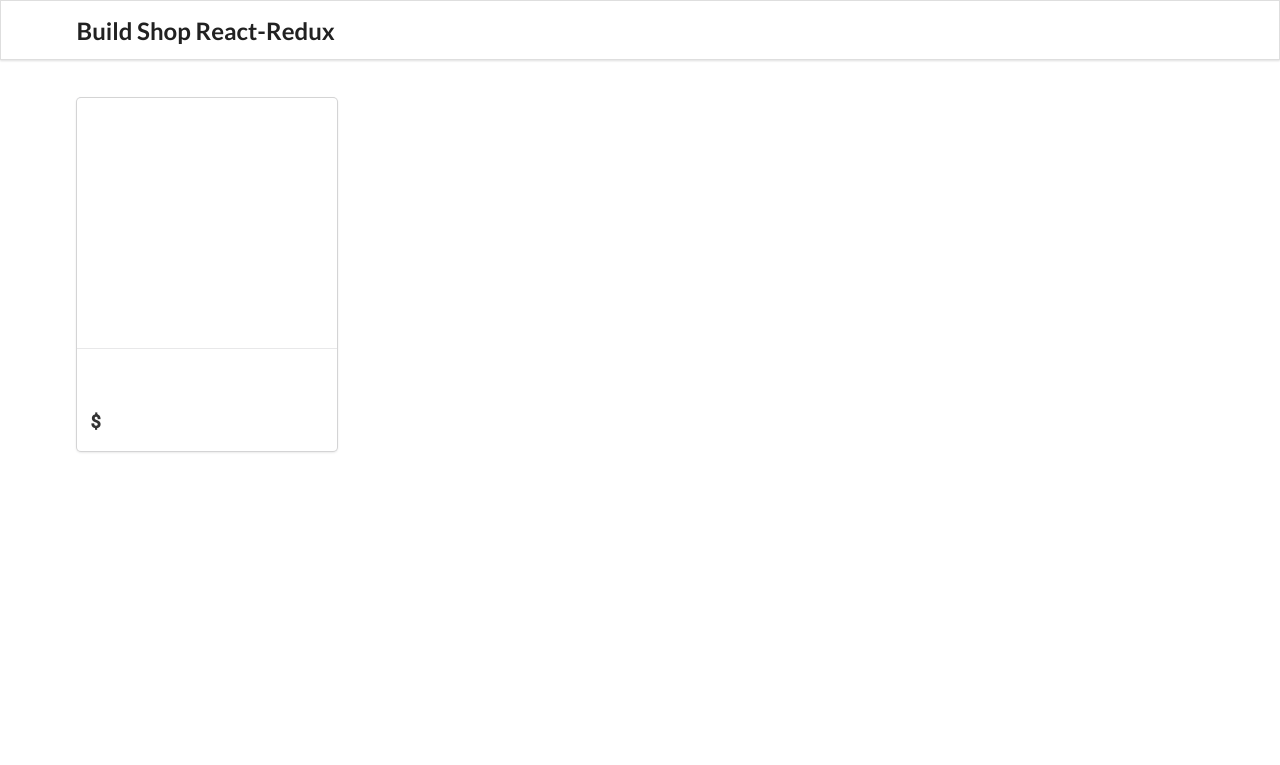
Repository: fdhhhdjd/React-Redux-Clothers-Calculate
Page: /
These files come from the project's save history. The page is drawn as it stood at one moment and after the next save; the edit follows.
The browser window is 1280 px wide. The pictures show the whole page.
The page's requests for data from a server got no answer. The project was rebuilt for these pictures with package versions that can differ from the ones it lists, and the page was loaded fresh each time. No one was signed in, and anything a server would have sent is missing.

Above is the page before, as saved 2021-11-03 15:22:06.

After the next save:
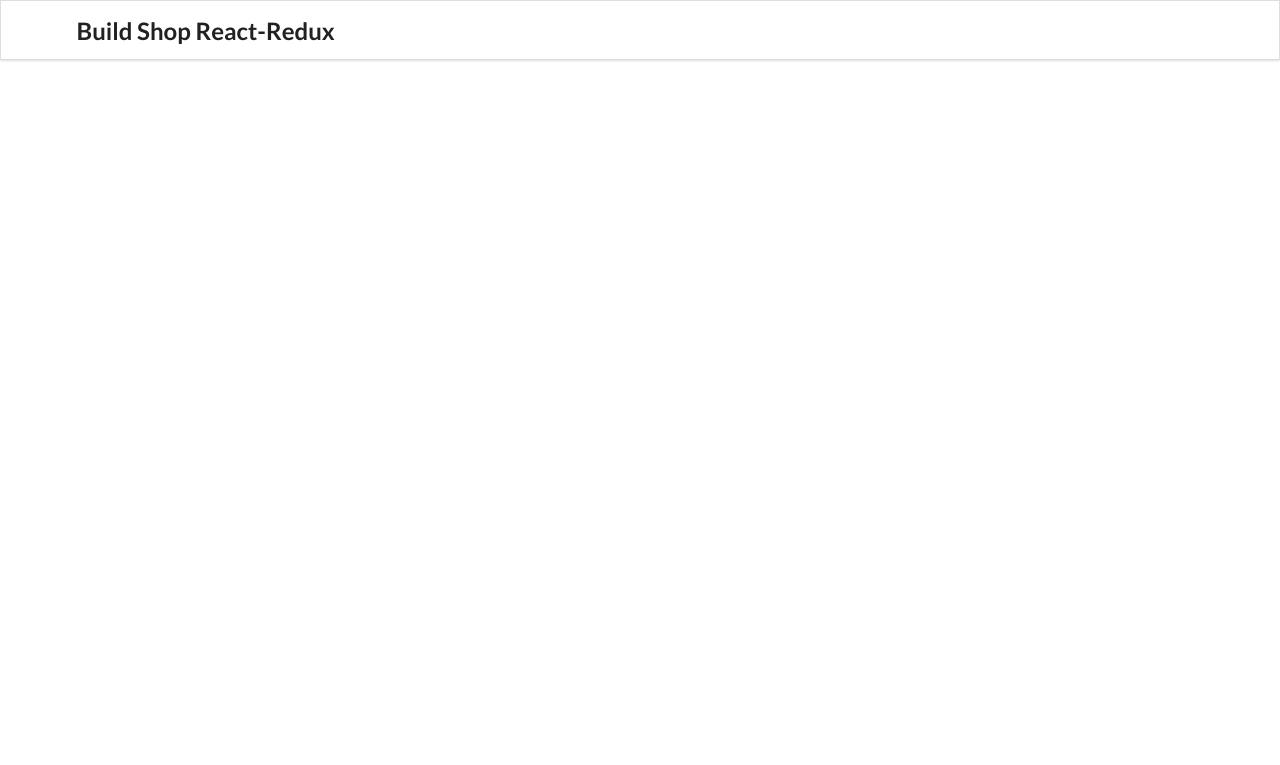
Saved 2 min 20 s later.
--- a/src/Components/ProductList.js
+++ b/src/Components/ProductList.js
@@ -1,26 +1,30 @@
 import React, { useEffect } from "react";
 import { Link } from "react-router-dom";
 const ProductList = ({ cart }) => {
-  const { id, title, image, price, category } = cart;
-
   return (
     <>
-      <div className="four wide column" key={id}>
-        <Link to={`/product/${id}`}>
-          <div className="ui link cards">
-            <div className="card">
-              <div className="image">
-                <img src={image} alt={title} />
-              </div>
-              <div className="content">
-                <div className="header">{title}</div>
-                <div className="meta price">$ {price}</div>
-                <div className="meta">{category}</div>
-              </div>
+      {cart.map((item) => {
+        return (
+          <>
+            <div className="four wide column" key={id}>
+              <Link to={`/product/${id}`}>
+                <div className="ui link cards">
+                  <div className="card">
+                    <div className="image">
+                      <img src={image} alt={title} />
+                    </div>
+                    <div className="content">
+                      <div className="header">{title}</div>
+                      <div className="meta price">$ {price}</div>
+                      <div className="meta">{category}</div>
+                    </div>
+                  </div>
+                </div>
+              </Link>
             </div>
-          </div>
-        </Link>
-      </div>
+          </>
+        );
+      })}
     </>
   );
 };
